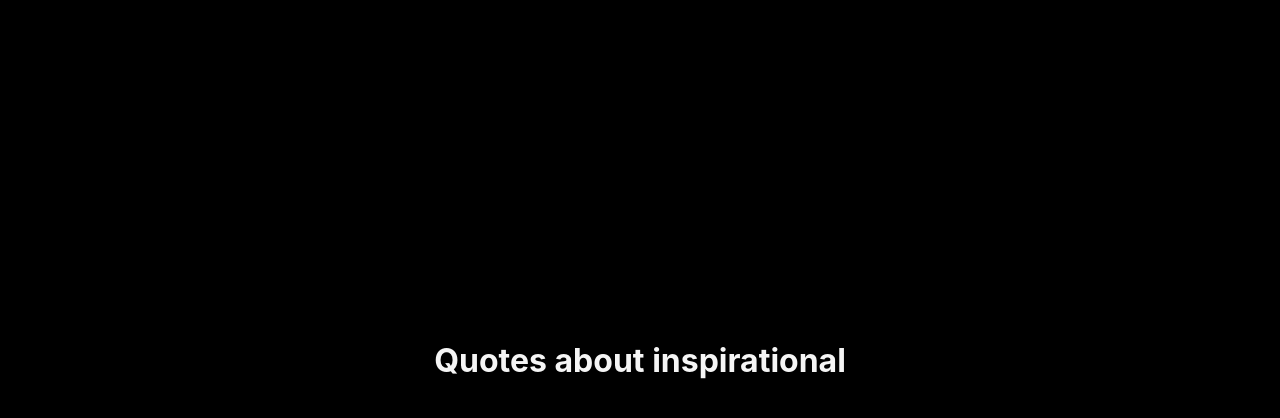
Repository: Bhavik-Sanghar/Quote-app
Page: /
An editor plug-in stored every save of this project. The page is shown before and after a run of saves, followed by the edit.
The browser window is 1280 px wide. The pictures show the whole page.
The page's requests for data from a server got no answer. The project was rebuilt for these pictures with package versions that can differ from the ones it lists, and the page was loaded fresh each time. No one was signed in, and anything a server would have sent is missing. Also part of the build but not shown: src/styles.css.

Above is the page before, as saved 2023-08-18 14:46:04.

After the next 2 saves:
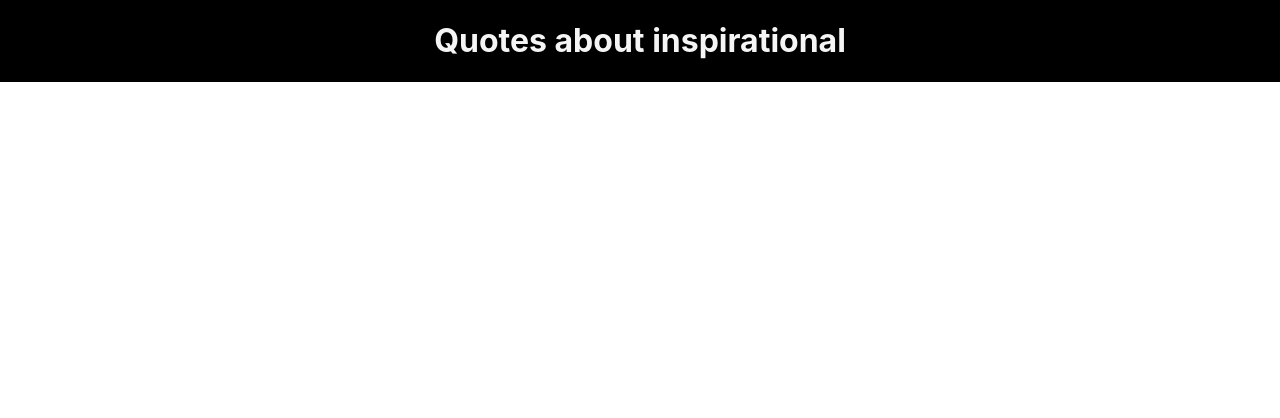
The 2 saves are shown as one change because they came seconds apart.
The last was saved 22 s later.
--- a/src/components/New.css
+++ b/src/components/New.css
@@ -5,7 +5,6 @@
   justify-content: center; /* Center horizontally */
   flex-direction: column;
   align-items: center; /* Center vertically */
-  min-height: 100vh; /* Ensure container takes at least full viewport height */
 }
 
 .card {
